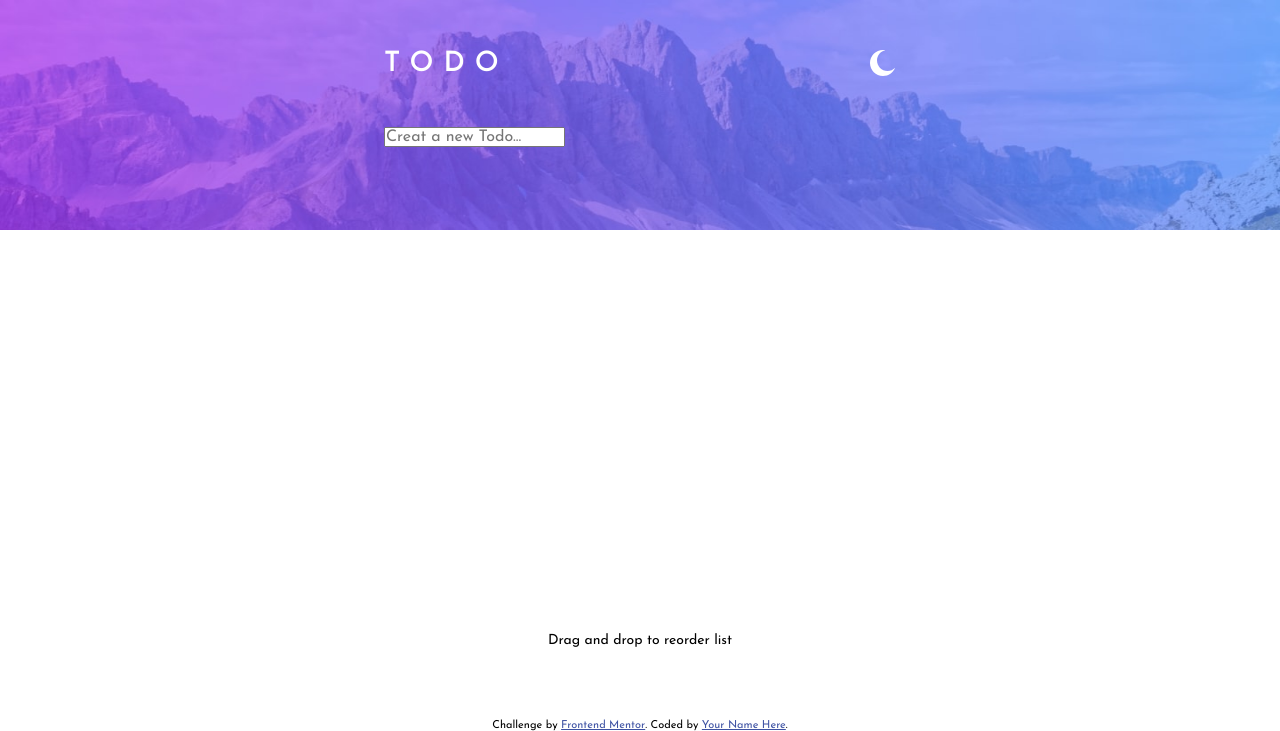
Repository: Baraajad231/Todo-app
Page: /
The author's editor kept a copy of each file at every save. The page is drawn from the files as they stood at one save, then again after the next save.
The browser window is 1280 px wide. The pictures show the whole page.
The project was rebuilt for these pictures with package versions that can differ from the ones it lists, and the page was loaded fresh each time. Also part of the build but not shown: vite.config.js.

Above is the page before, as saved 2026-01-16 11:41:04.

After the next save:
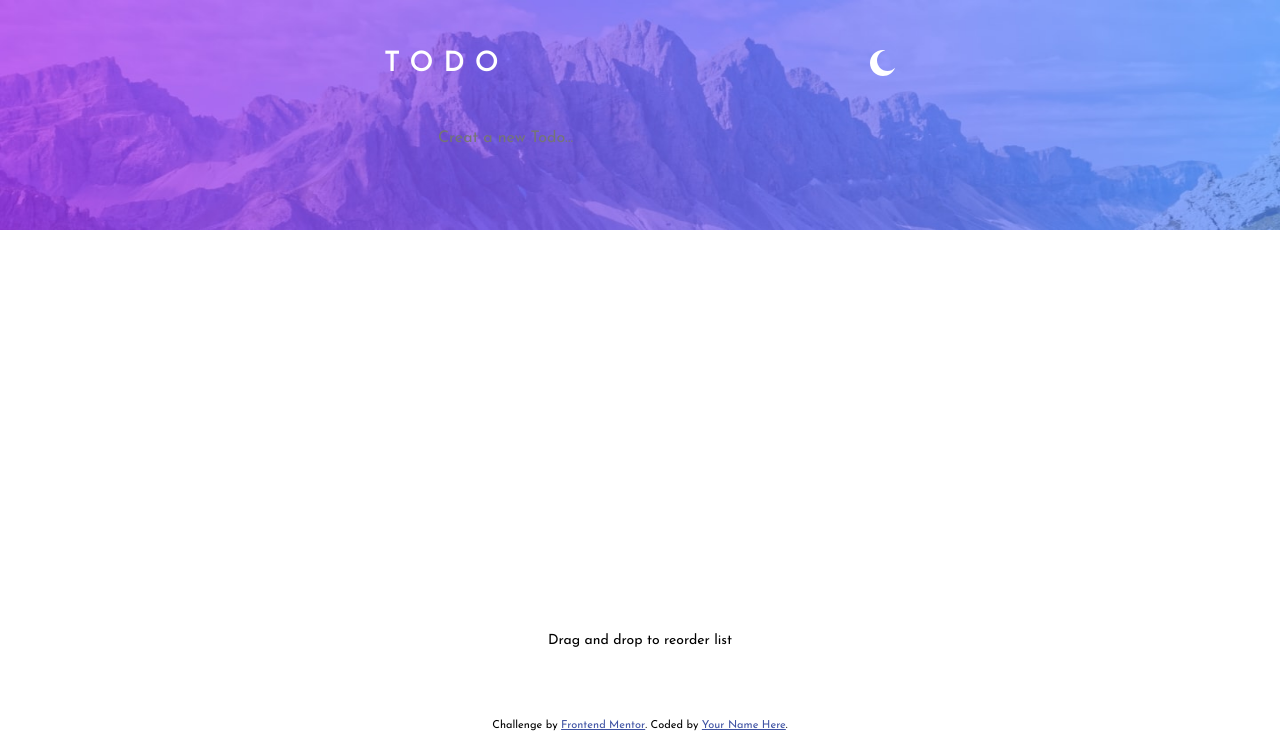
Saved 16 s later.
--- a/styles/style.scss
+++ b/styles/style.scss
@@ -152,7 +152,7 @@ body {
       rotate: 0;
     }
   }
-  a &__input {
+  &__input {
     background-color: var(--color-surface);
     display: flex;
     align-items: center;
